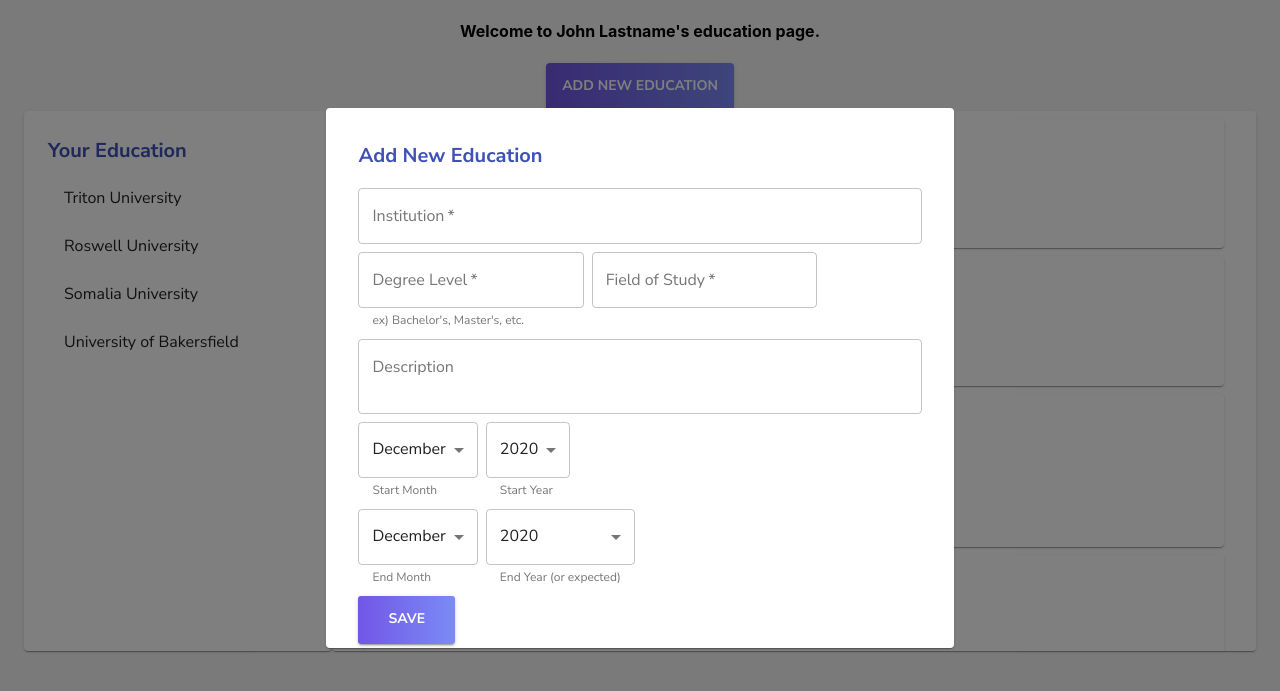
Repository: noellered/Showwcase-React-Challenge
Page: / (app in showwcase-education-react/), after clicking the first element matching `button.MuiButtonBase-root`
An editor plug-in stored every save of this project. The page is shown before and after a run of saves, followed by the edit.
The browser window is 1280 px wide. The pictures show the whole page.
The page's requests for data from a server got no answer. An inner scrolling area shows only its first screen. The project was rebuilt for these pictures with package versions that can differ from the ones it lists, and the page was loaded fresh each time. No one was signed in, and anything a server would have sent is missing. Also part of the build but not shown: showwcase-education-react/src/components/Home.tsx.

Above is the page before, as saved 2020-12-17 17:59:46.

### showwcase-education-react/public/index.html
<!DOCTYPE html>
<html lang="en">
  <head>
    <meta charset="utf-8" />
    <link rel="icon" href="%PUBLIC_URL%/favicon.ico" />
    <link rel="preconnect" href="https://fonts.gstatic.com">
    <link href="https://fonts.googleapis.com/css2?family=Nunito+Sans:ital,wght@0,400;0,700;1,400&display=swap" rel="stylesheet">


    <meta name="viewport" content="width=device-width, initial-scale=1" />
    <meta name="theme-color" content="#000000" />
    <meta
      name="description"
      content="Web site created using create-react-app"
    />
    <link rel="apple-touch-icon" href="%PUBLIC_URL%/logo192.png" />
    <!--
      manifest.json provides metadata used when your web app is installed on a
      user's mobile device or desktop. See https://developers.google.com/web/fundamentals/web-app-manifest/
    -->
    <link rel="manifest" href="%PUBLIC_URL%/manifest.json" />
    <!--
      Notice the use of %PUBLIC_URL% in the tags above.
      It will be replaced with the URL of the `public` folder during the build.
      Only files inside the `public` folder can be referenced from the HTML.

      Unlike "/favicon.ico" or "favicon.ico", "%PUBLIC_URL%/favicon.ico" will
      work correctly both with client-side routing and a non-root public URL.
      Learn how to configure a non-root public URL by running `npm run build`.
    -->
    <title>React App</title>
  </head>
  <body>
    <noscript>You need to enable JavaScript to run this app.</noscript>
    <div id="root"></div>
    <!--
      This HTML file is a template.
      If you open it directly in the browser, you will see an empty page.

      You can add webfonts, meta tags, or analytics to this file.
      The build step will place the bundled scripts into the <body> tag.

      To begin the development, run `npm start` or `yarn start`.
      To create a production bundle, use `npm run build` or `yarn build`.
    -->
  </body>
</html>

### showwcase-education-react/src/index.css
body {
  margin: 0;
  background: #F5F5F5;
  font-family: -apple-system, BlinkMacSystemFont, 'Segoe UI', 'Roboto', 'Oxygen',
    'Ubuntu', 'Cantarell', 'Fira Sans', 'Droid Sans', 'Helvetica Neue',
    sans-serif;
  -webkit-font-smoothing: antialiased;
  -moz-osx-font-smoothing: grayscale;
}

code {
  font-family: source-code-pro, Menlo, Monaco, Consolas, 'Courier New',
    monospace;
}

### showwcase-education-react/src/App.tsx
import React, {useState} from 'react';
import Home from './components/Home';
import Main from './components/Main';
import { MuiThemeProvider, createMuiTheme } from '@material-ui/core/styles';
import './App.css';

function App() {
  const theme = createMuiTheme({
    typography: {
        fontFamily: [
            'Nunito Sans',
            'sans-serif'
        ].join(','),
        h6: {
          fontWeight: 600
        },
        body1: {
          fontWeight: 400
        },
        subtitle1: {
          fontStyle: 'italic'
        },
        button: {
          fontWeight: 600
        }
    },
  })
  const [name, setName] = useState('John Lastname')

  return (
    <MuiThemeProvider theme={theme}>
      <div className="App">
        { name ? <Main name={name} /> : <Home setName={setName} /> }
      </div>
    </MuiThemeProvider>

  );
}

export default App;

### showwcase-education-react/src/components/Main.tsx
import React, {FunctionComponent, useState} from 'react';
import EducationSidebar from './education/EducationSidebar';
import EducationList from './education/EducationList';
import EducationModalContent from './education/EducationModalContent';
import Modal from '@material-ui/core/Modal';
import Backdrop from '@material-ui/core/Backdrop';
import Fade from '@material-ui/core/Fade';
import Paper from '@material-ui/core/Paper';
import Grid from '@material-ui/core/Grid';
import Container from '@material-ui/core/Container';
import Button from '@material-ui/core/Button';
import { pageStyles } from './pageStyles';

const Main:FunctionComponent<{name: string}> = ({name}) => {
    const classes = pageStyles();
    const [open, setOpen] = useState<boolean>(false);
    const [education, setEducation] = useState<object[]>([
        {
            degree: "MFA.",
            description: "",
            end: {month: 11, year: 2020},
            fieldOfStudy: "Being Cool",
            institution: "Triton University",
            start: {month: 11, year: 2020}
        },
        {
            degree: "M.Sc.",
            description: "",
            end: {month: 11, year: 2020},
            fieldOfStudy: "Biology of Aliens",
            institution: "Roswell University",
            start: {month: 11, year: 2020}
        },
        {
            degree: "B.S.",
            description: "I learned things, and stuff. Then I learned how to be a pirate. Arrrr, matey.",
            end: {month: 11, year: 2020},
            fieldOfStudy: "Pirate Studies",
            institution: "Somalia University",
            start: {month: 11, year: 2020}
        },
        {
            degree: "B.A.",
            description: "",
            end: {month: 11, year: 2020},
            fieldOfStudy: "Home Economics",
            institution: "University of Bakersfield",
            start: {month: 11, year: 2020}
        },
    ]);


    //Modal handlers

    const handleOpen = () => {
        setOpen(true);
    }

    const handleClose = () => {
        setOpen(false);
    }

    const handleEducationUpdate = (newEducation) => {
        setEducation(education => [newEducation, ...education]) //prepend new education item to education list
        handleClose();
    }

    return(
        <Container>
            <h4>Welcome to {name}'s education page.</h4>
            <Button
                className={classes.button}
                variant="contained"
                color="primary"
                type="button"
                onClick={handleOpen}
                >
                Add New Education
            </Button>
            <Grid container className={classes.container}>
                <Grid item xs={12} lg={3}>
                    <Paper className={classes.paper}>
                        <EducationSidebar list={education}/>
                    </Paper>
                </Grid>
                <Grid item xs={12} lg={9}>
                    <Paper className={classes.paper}>
                        <EducationList list={education}/>
                    </Paper>
                </Grid>
            </Grid>
            <Modal
                className={classes.modal}
                aria-labelledby="add-education"
                aria-describedby="add-education-modal"
                open={open}
                onClose={handleClose}
                closeAfterTransition
                BackdropComponent={Backdrop}
                BackdropProps={{
                timeout: 300,
                }}>
                <Fade in={open}>
                    <Paper className={`${classes.modal} ${classes.paper}`}>
                        <EducationModalContent handleUpdate={handleEducationUpdate}/>
                    </Paper>
                </Fade>
            </Modal>
        </Container>
    )
}

export default Main;

### showwcase-education-react/src/components/pageStyles.tsx
import { makeStyles } from '@material-ui/core/styles';

export const pageStyles = makeStyles({
    modal: {
        maxWidth: '70%',
        margin: 'auto',
        height: '70vh'
    },
    button: {
        backgroundImage: 'linear-gradient(90deg, rgba(114,86,231,1) 0%, rgba(123,139,245,1) 100%)',
        borderColor: '#0063cc',
        borderRadius: 3,
        color: 'white',
        height: 48,
        padding: '0 30px',
        '&:hover': {
            backgroundImage: 'linear-gradient(90deg, rgba(81,53,196,1) 0%, rgba(91,110,238,1) 100%)',
            borderColor: '#0062cc',
          },
    },
    container: {
        display: 'flex',
        justifyContent: 'space-between'
    },
    paper: {
        height: '75vh',
        overflow: 'auto',
        "&:focus": {
            outline: "none"
          }
    },
    sideBar: {
        marginRight: '2rem',
    }
})

### showwcase-education-react/src/components/education/EducationSidebar.tsx
import React, { FunctionComponent } from 'react';
import List from '@material-ui/core/List';
import ListItem from '@material-ui/core/ListItem';
import ListItemText from '@material-ui/core/ListItemText';
import Typography from '@material-ui/core/Typography';
import { useStyles } from './styles'

const EducationSidebar:FunctionComponent<{list: object[]}> = ({ list }) => {
    const classes = useStyles();
    return(
        <List className={classes.list}>
            <Typography variant="h6" color="primary" align="justify" gutterBottom>Your Education</Typography>
            { list.length > 0 ? list.map((item) =>
            <div>
                <ListItem className={classes.listItem} button>
                    <ListItemText >{item['institution']}</ListItemText>
                </ListItem>
            </div>
            )
            : <div>No education to display</div> }
        </List>
    )
}
export default EducationSidebar;

### showwcase-education-react/src/components/education/EducationList.tsx
import React, { FunctionComponent } from 'react';
import Card from '@material-ui/core/Card';
import { useStyles } from './styles';
import Typography from '@material-ui/core/Typography';
import Container from '@material-ui/core/Container';

const EducationList:FunctionComponent<{list: object[]}> = ({ list }) => {
    const classes = useStyles();
    return(
        <Container>
            { list.length > 0 ? list.map((item) =>
            <Card className={classes.educationCard}>
                <Typography align="justify" variant="h6" color="textPrimary">
                    {item['degree']} {item['fieldOfStudy']} @ {item['institution']}
                </Typography>
                <Typography variant="subtitle1" align="justify" color="textSecondary" gutterBottom>
                January {item['start']['year']} - December {item['end']['year']}
                </Typography>
                <Typography variant="body1" align="justify">
                    {item['description']}
                </Typography>
            </Card>) : <div>Nothing to display</div> }
        </Container>
    )
}
export default EducationList;

### showwcase-education-react/src/components/education/EducationModalContent.tsx
import React, { FunctionComponent, useEffect, useState } from 'react';
import Autocomplete, { AutocompleteRenderGroupParams } from '@material-ui/lab/Autocomplete';
import TextField from '@material-ui/core/TextField';
import Button from '@material-ui/core/Button';
import ListSubheader from '@material-ui/core/ListSubheader';
import { useTheme } from '@material-ui/core/styles';
import useMediaQuery from '@material-ui/core/useMediaQuery';
import Typography from '@material-ui/core/Typography';
import { VariableSizeList, ListChildComponentProps } from 'react-window';
import MonthPicker from '../pickers/MonthPicker';
import YearPicker from '../pickers/YearPicker';
import { useStyles } from './styles';
import Switch from '@material-ui/core/Switch';
import FormControlLabel from '@material-ui/core/FormControlLabel';


//Virtualize institution list for more efficient rendering performance

const LISTBOX_PADDING = 8; // px

function renderRow(props: ListChildComponentProps) {
  const { data, index, style } = props;
  return React.cloneElement(data[index], {
    style: {
      ...style,
      top: (style.top as number) + LISTBOX_PADDING,
    },
  });
}

const OuterElementContext = React.createContext({});

const OuterElementType = React.forwardRef<HTMLDivElement>((props, ref) => {
  const outerProps = React.useContext(OuterElementContext);
  return <div ref={ref} {...props} {...outerProps} />;
});

function useResetCache(data: any) {
    const ref = React.useRef<VariableSizeList>(null);
    React.useEffect(() => {
      if (ref.current != null) {
        ref.current.resetAfterIndex(0, true);
      }
    }, [data]);
    return ref;
  }


  // React-window adapter
  const ListboxComponent = React.forwardRef<HTMLDivElement>(function ListboxComponent(props, ref) {
    const { children, ...other } = props;
    const theme = useTheme();
    const itemData = React.Children.toArray(children);
    const smUp = useMediaQuery(theme.breakpoints.up('sm'), { noSsr: true });
    const itemCount = itemData.length;
    const itemSize = smUp ? 36 : 48;

    const getChildSize = (child: React.ReactNode) => {
      if (React.isValidElement(child) && child.type === ListSubheader) {
        return 48;
      }

      return itemSize;
    };

    const getHeight = () => {
      if (itemCount > 8) {
        return 8 * itemSize;
      }
      return itemData.map(getChildSize).reduce((a, b) => a + b, 0);
    };

    const gridRef = useResetCache(itemCount);

    return (
      <div ref={ref}>
        <OuterElementContext.Provider value={other}>
          <VariableSizeList
            itemData={itemData}
            height={getHeight() + 2 * LISTBOX_PADDING}
            width="100%"
            ref={gridRef}
            outerElementType={OuterElementType}
            innerElementType="ul"
            itemSize={(index) => getChildSize(itemData[index])}
            overscanCount={5}
            itemCount={itemCount}
          >
            {renderRow}
          </VariableSizeList>
        </OuterElementContext.Provider>
      </div>
    );
  });



//Add Education Modal Content
const EducationModalContent:FunctionComponent<{handleUpdate: any}>= ({ handleUpdate }) => {
    const classes = useStyles();
    const [institutionList, setInstitutionList] = useState<string[]>([]);
    const [institution, setInstitution] = useState<string>('');
    const [degree, setDegree] = useState<string>('');
    const [description, setDescription] = useState<string>('');
    const [fieldOfStudy, setFieldOfStudy] = useState<string>('');
    const [current, setCurrent] = useState<boolean>(false)
    const [start, setStart] = useState<{month: number, year: number}>({
        month: new Date().getMonth(),
        year: new Date().getFullYear()
    });
    const [end, setEnd] = useState({
        month: new Date().getMonth(),
        year: new Date().getFullYear()
    });



    const getInstitutions = () => {
        fetch(`http://universities.hipolabs.com/search`)
        .then((res: any) => res.json()
        .then((JSON) => setInstitutionList(JSON.map((item)=>item['name']))));
    }

    // Get institutions list on component mount
    useEffect( () => {
        getInstitutions()
    }, []);

    //Render group for visualized autocomplete component
    const renderGroup = (params: AutocompleteRenderGroupParams) => [
        <ListSubheader key={params.key} component="div">
          {params.group}
        </ListSubheader>,
        params.children,
    ];

    //Handle form submit
    const handleSubmit = (e: any) => {
        e.preventDefault();
        const newEducation = { institution, fieldOfStudy, degree, start, end, description, current }
        return handleUpdate(newEducation);
    }

    //Handle institution change for autocomplete component
    const handleInputChange = (e: React.ChangeEvent<{}>, value: string) => {
        setInstitution(value)
    }

    const handleSwitch = (e: React.ChangeEvent<HTMLInputElement>) => {
      setCurrent(e.target.checked);
    }



    return(
        <div className={classes.modalContent}>
            <Typography variant="h6" color="primary">Add New Education</Typography>
            <form onSubmit={handleSubmit}>
                <Autocomplete
                id="institutions-list"
                options={institutionList}
                freeSolo
                renderGroup={renderGroup}
                renderInput={(params)=>(
                    <TextField {...params} label="Institution" margin="normal" variant="outlined" required/>
                )}
                renderOption={(option) => <p>{option}</p>}
                ListboxComponent={ListboxComponent as React.ComponentType<React.HTMLAttributes<HTMLElement>>}
                disableListWrap
                autoSelect={true}
                onInputChange={handleInputChange}
                />
                <div className={classes.inputGroup}>
                  <TextField className={`${classes.input} ${classes.mr}`} label="Degree Level" helperText="ex) Bachelor's, Master's, etc." variant="outlined" onChange={(e)=> setDegree(e.target.value)} required/>
                  <TextField className={classes.input} label="Field of Study" variant="outlined" onChange={(e)=> setFieldOfStudy(e.target.value)} required/>
                </div>
                <TextField className={classes.input} multiline fullWidth rows={2} variant="outlined" label="Description" onChange={(e)=> setDescription(e.target.value)}/>
                <div className={classes.inputGroup}>
                    <MonthPicker className={`${classes.input} ${classes.mr}`} label="Start Month" id="startMonth" onChange={(e)=> setStart({...start, month: e.target.value})}/>
                    <YearPicker className={`${classes.input} ${classes.mr}`} label="Start Year" id="startYear" onChange={(e)=> setStart({...start, year: e.target.value})}/>
                </div>
                <div className={classes.inputGroup}>
                    <MonthPicker className={`${classes.input} ${classes.mr}`} label="End Month" id="endMonth" onChange={(e)=> setEnd({...end, month: e.target.value})}/>
                    <YearPicker className={`${classes.input} ${classes.mr}`} label="End Year (or expected)" id="endYear" onChange={(e)=> setEnd({...end, year: e.target.value})}/>

                </div>
                <Button variant="contained" className={classes.button} color="primary" type="submit" >Save</Button>
            </form>
        </div>
    )
}
export default EducationModalContent;

### showwcase-education-react/src/components/education/styles.tsx
import { makeStyles } from '@material-ui/core/styles';

export const useStyles = makeStyles({
    button: {
        backgroundImage: 'linear-gradient(90deg, rgba(114,86,231,1) 0%, rgba(123,139,245,1) 100%)',
        borderColor: '#0063cc',
        borderRadius: 3,
        color: 'white',
        height: 48,
        padding: '0 30px',
        '&:hover': {
            backgroundImage: 'linear-gradient(90deg, rgba(81,53,196,1) 0%, rgba(91,110,238,1) 100%)',
            borderColor: '#0062cc',
          },
    },
    educationCard: {
        padding: '2rem',
        margin: '.5rem'
    },
    list: {
        padding: '1.5rem',
    },

    modalContent: {
        padding: '2rem',
    },
    listItem: {
        '&:active': {
            fontWeight: 600,
        }
    },
    input: {
        minWidth: '40%',
        marginBottom: '.5rem'
    },
    inputGroup: {
        display: 'flex',
        flexDirection: 'row',
        minWidth: '100%'
    },
    mr: {
        marginRight: '.5rem'
    }
})

### showwcase-education-react/src/components/pickers/MonthPicker.tsx
import React, { FunctionComponent, useState } from 'react';
import InputLabel from '@material-ui/core/InputLabel';
import MenuItem from '@material-ui/core/MenuItem';
import FormControl from '@material-ui/core/FormControl';
import TextField from '@material-ui/core/TextField';

interface MonthPickerProps {
    label?: string;
    id?: string;
    onChange?: any;
    className?: string;
}

const months = [
    { id: 0, name: 'January' },
    { id: 1, name: 'February' },
    { id: 2, name: 'March' },
    { id: 3, name: 'April' },
    { id: 4, name: 'May' },
    { id: 5, name: 'June' },
    { id: 6, name: 'July' },
    { id: 7, name: 'August' },
    { id: 8, name: 'September' },
    { id: 9, name: 'October' },
    { id: 10, name: 'November' },
    { id: 11, name: 'December' },
];

const MonthPicker:FunctionComponent<MonthPickerProps> = ({ label, id, className }) => {
    const [month, setMonth] = useState(new Date().getMonth())

   const handleChange = (e: any) => {
        e.preventDefault();
        setMonth(e.target.value);
   }

    return (
        <div>
            <FormControl>
                <TextField select helperText={label} id={id} value={month} onChange={handleChange} className={className} variant="outlined" required>
                { months.map((month) => <MenuItem value={month.id}>{month.name}</MenuItem>)}
                </TextField>
            </FormControl>
        </div>
    )
}

export default MonthPicker;

### showwcase-education-react/src/components/pickers/YearPicker.tsx
import React, { FunctionComponent, useState } from 'react';
import MenuItem from '@material-ui/core/MenuItem';
import FormControl from '@material-ui/core/FormControl';
import TextField from '@material-ui/core/TextField';

interface YearPickerProps {
    label?: string;
    id?: string;
    onChange?: any;
    className?: string;
}

const years:number[] = []

//Create year list
for(let y = (new Date().getFullYear() + 10); y >= 1950; y--){
    years.push(y)
}

const YearPicker:FunctionComponent<YearPickerProps> = React.memo(({ label, id, className }) => {
    const [year, setYear] = useState(new Date().getFullYear())

   const handleChange = (e: any) => {
        e.preventDefault();
        setYear(e.target.value);
   }

    return (
        <div>
            <FormControl>
                <TextField select  helperText={label} id={id} value={year} onChange={handleChange} className={className} variant="outlined" required>
                { years.map((year) => <MenuItem value={year}>{year}</MenuItem>)}
                </TextField>
            </FormControl>
        </div>
    )
})

export default YearPicker;

Loaded but not shown: showwcase-education-react/src/index.tsx (common file); showwcase-education-react/src/reportWebVitals.ts (common file); showwcase-education-react/src/App.css (common file)

After the next 3 saves:
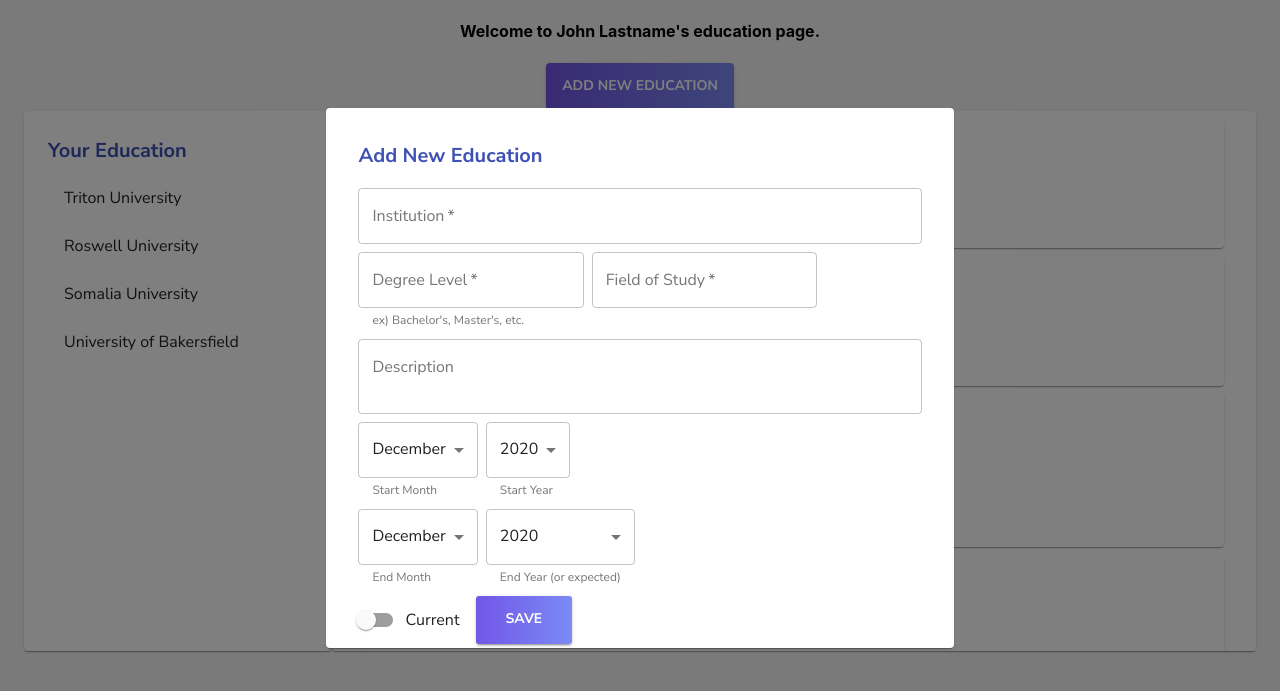
The 3 saves are shown as one change because they came seconds apart.
The last was saved 11 s later.
--- a/showwcase-education-react/src/components/education/EducationModalContent.tsx
+++ b/showwcase-education-react/src/components/education/EducationModalContent.tsx
@@ -182,8 +182,11 @@ const EducationModalContent:FunctionComponent<{handleUpdate: any}>= ({ handleUpd
                 <div className={classes.inputGroup}>
                     <MonthPicker className={`${classes.input} ${classes.mr}`} label="End Month" id="endMonth" onChange={(e)=> setEnd({...end, month: e.target.value})}/>
                     <YearPicker className={`${classes.input} ${classes.mr}`} label="End Year (or expected)" id="endYear" onChange={(e)=> setEnd({...end, year: e.target.value})}/>
-
                 </div>
+                <FormControlLabel
+                      control={<Switch checked={current} onChange={handleSwitch} name="current" color="secondary"/>}
+                      label="Current"
+                />
                 <Button variant="contained" className={classes.button} color="primary" type="submit" >Save</Button>
             </form>
         </div>
